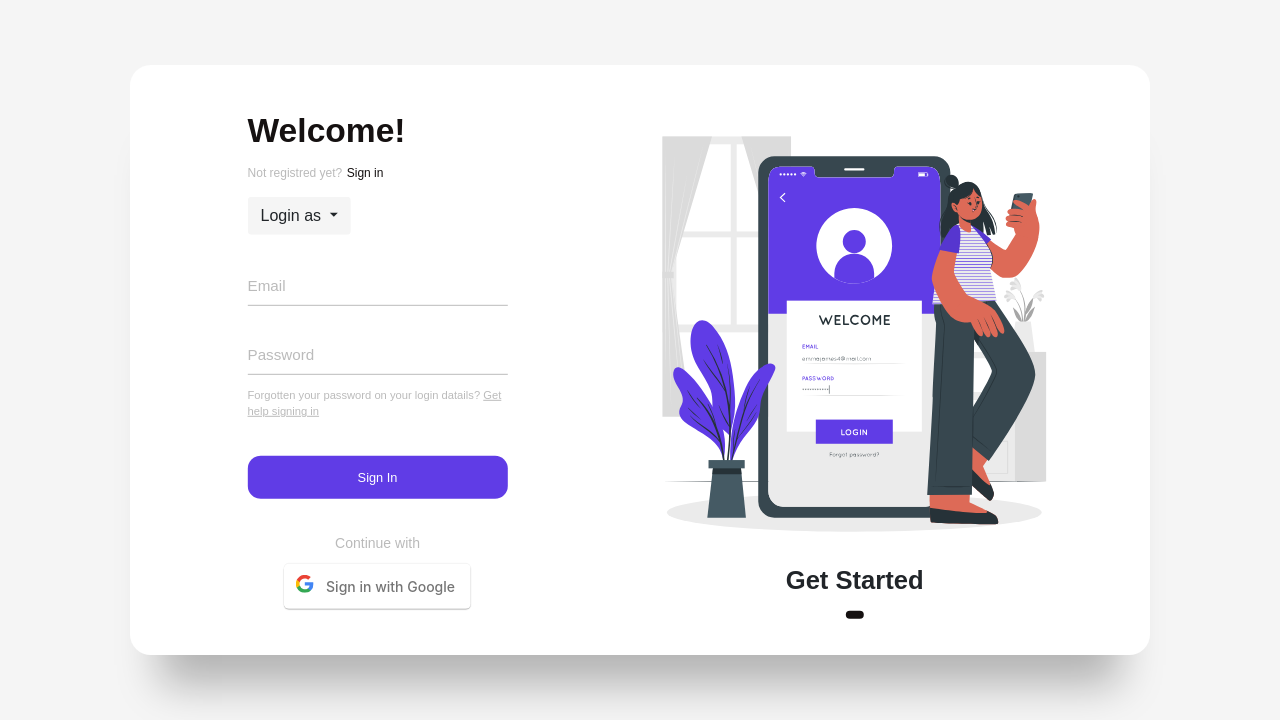
Repository: adrcstro/plate-to-place
Page: http://localhost/Loginsystem/Login.php
These files come from the project's save history. The page is drawn as it stood at one moment and after the next save; the edit follows.
The browser window is 1280 px wide. The pictures show the whole page.
Some web fonts or font styles are not loaded; a fallback is used. Some web libraries are served in a nearby version. The page is run by PHP 8.4 with error messages shown; the project is at /var/www/html/.

Above is the page before, as saved 2023-10-31 13:06:12.

After the next save:
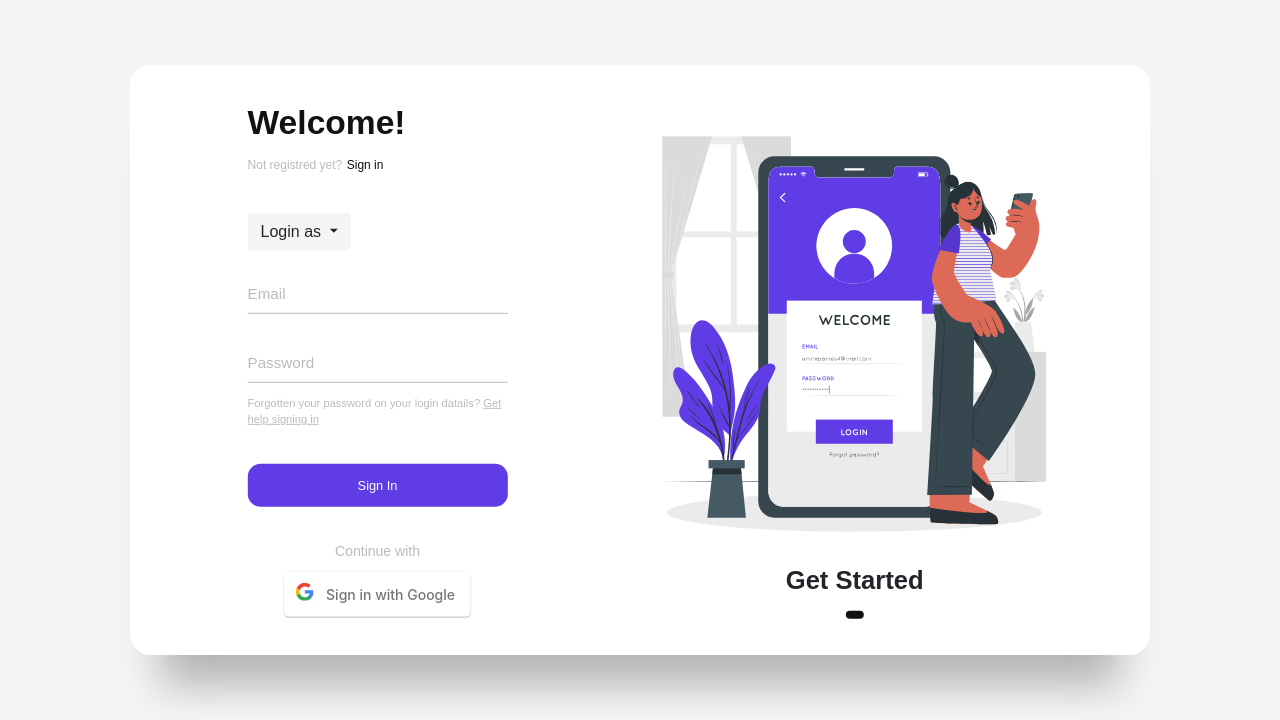
Saved 69 s later.
--- a/Loginsystem/login.css
+++ b/Loginsystem/login.css
@@ -370,6 +370,17 @@ margin-top: -4rem;
   margin-top: 20px;
   }
 
+.dropdown{
+  margin-top: 2rem;
+}
+
+
+
+
+
+
+
+
 @media (max-width: 850px) {
   .box {
     height: auto;
@@ -436,9 +447,6 @@ margin-top: -4rem;
 margin-top: 2rem;
 }
 
-
-
-
 }
 
 
